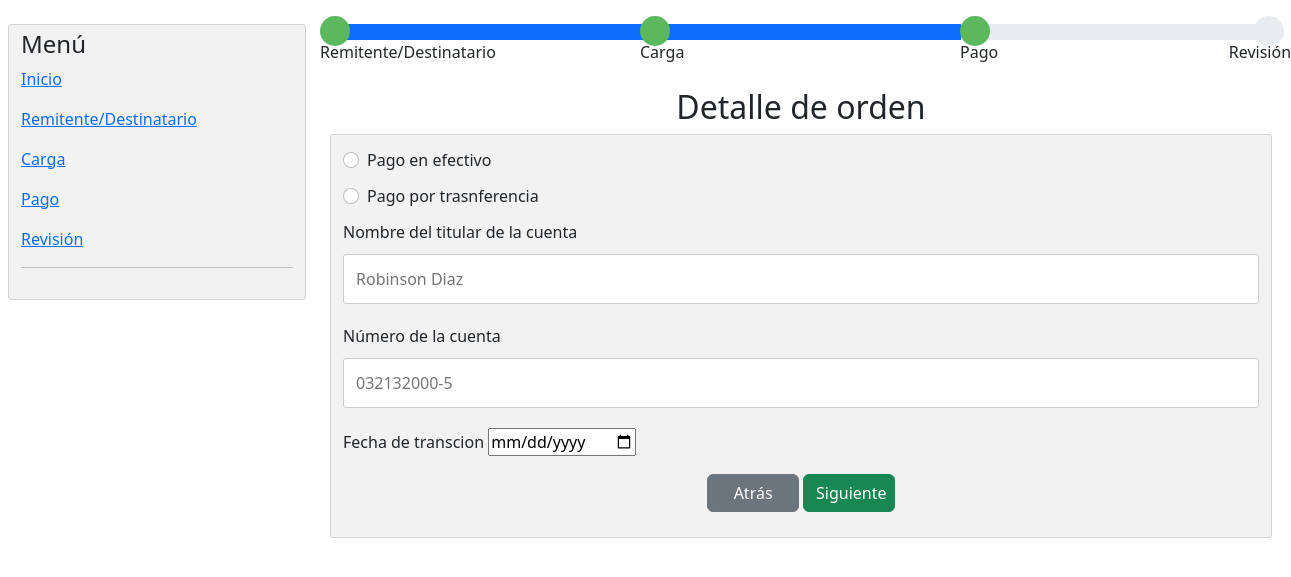
Repository: SennovaFluvial/Trasnfluvial
Page: appFluvial/templates/card1revision.html
An editor plug-in stored every save of this project. The page is shown before and after the next save, followed by the edit.
The browser window is 1280 px wide. The page is 1291 px wide, so the pictures cover 1291 px, including what lies to the right of the window. The pictures show the whole page.
The template is drawn by Django 3.2. The application's start-up code is not run. The template is opened directly, without the code that normally fills it, so the values that code supplies are empty.

Above is the page before, as saved 2023-10-20 22:58:58.

After the next save:
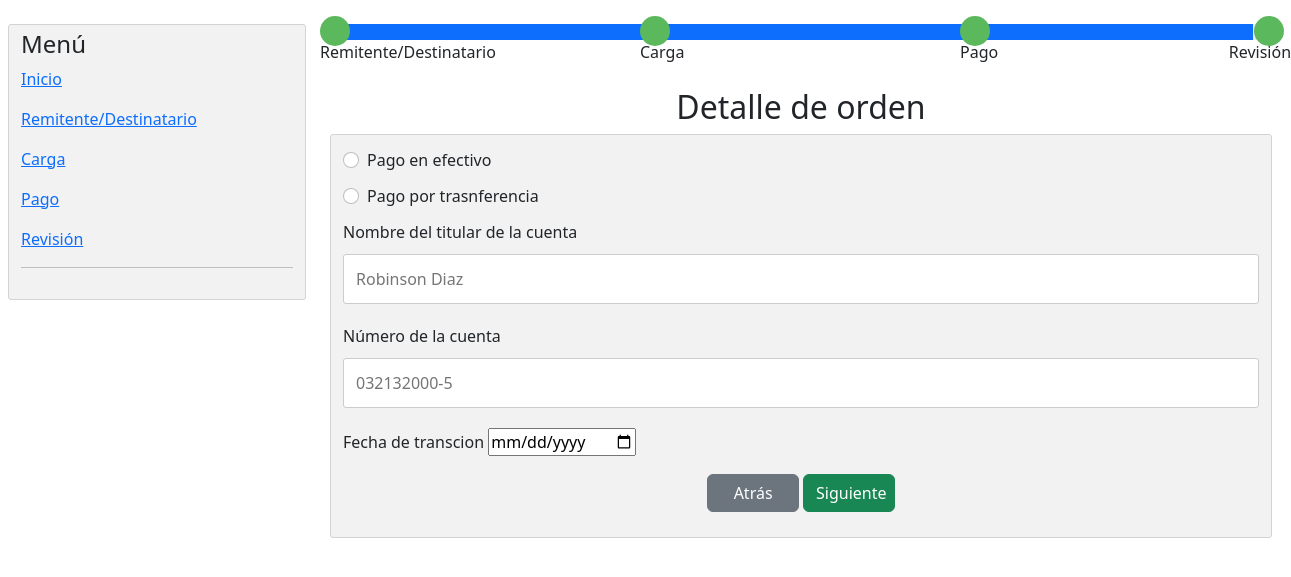
Saved 39 s later.
--- a/appFluvial/templates/card1revision.html
+++ b/appFluvial/templates/card1revision.html
@@ -189,8 +189,8 @@ span.price {
             <div class="one success-color"></div>
             <div class="two success-color"></div>
             <div class="three success-color"></div>
-            <div class="four no-color"></div>
-            <div class="progress-bar progress-bar-success" style="width: 67%"></div>
+            <div class="four success-color"></div>
+            <div class="progress-bar progress-bar-success" style="width: 98%"></div>
         </div>
         <br>
         <label for="one" style="position: absolute; top: 30px; left: 25%; z-index: 1; margin-top: 10px;">Remitente/Destinatario</label>
